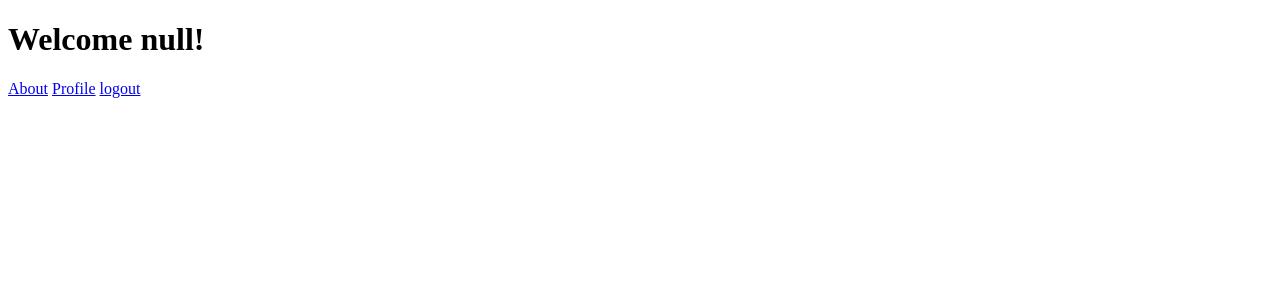
Repository: deepakkthakur/java
Page: http://localhost/GetPostDemo/dashboard.jsp
These files come from the project's save history. The page is drawn as it stood at one moment and after the next save; the edit follows.
The browser window is 1280 px wide. The pictures show the whole page.
The page is served by Tomcat 10. Other server files are loaded and not shown.

Above is the page before, as saved 2024-04-10 12:11:01.

### GetPostDemo/src/main/webapp/dashboard.jsp
<%@ page language="java" contentType="text/html; charset=ISO-8859-1"
    pageEncoding="ISO-8859-1"%>
<!DOCTYPE html>
<html>
<head>
<meta charset="ISO-8859-1">
<title>Insert title here</title>
</head>
<body>
<% String user = (String) session.getAttribute("user"); %>
<%-- <% String user1 = (String) request.getAttribute("user"); %> --%>
	<h1>Welcome  <%= user %>!</h1>
	<a href="about.jsp">About</a>
	<a href="profile.jsp">Profile</a>
	<a href="logout">logout</a>
</body>
</html>

After the next save:
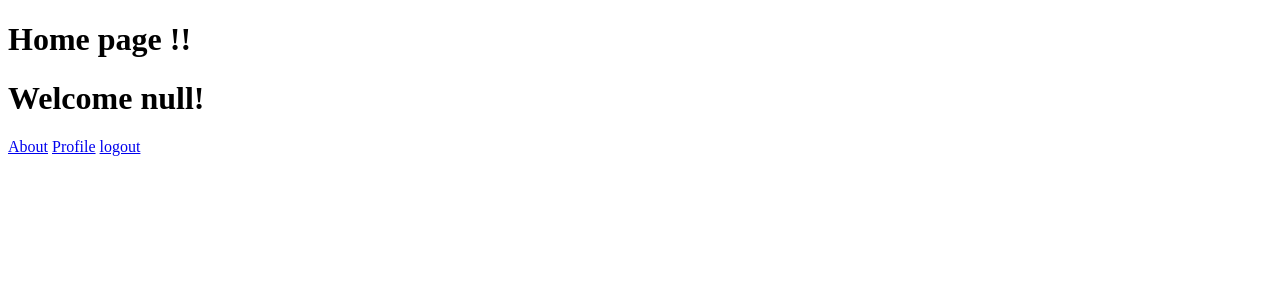
Saved 24 s later.
--- a/GetPostDemo/src/main/webapp/dashboard.jsp
+++ b/GetPostDemo/src/main/webapp/dashboard.jsp
@@ -7,6 +7,7 @@
 <title>Insert title here</title>
 </head>
 <body>
+<h1>Home page !!</h1>
 <% String user = (String) session.getAttribute("user"); %>
 <%-- <% String user1 = (String) request.getAttribute("user"); %> --%>
 	<h1>Welcome  <%= user %>!</h1>
